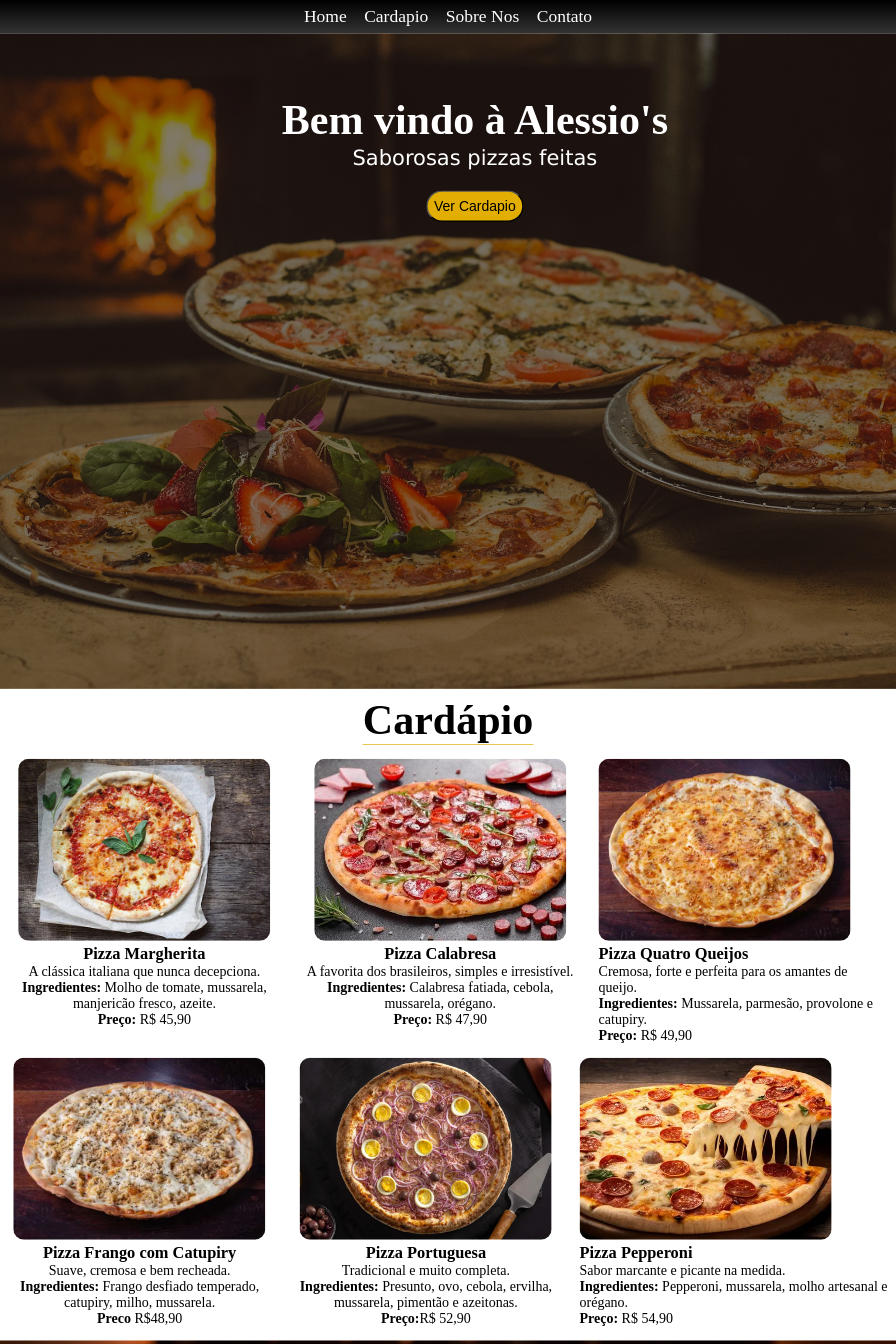
Repository: Mateushlp/landing-page-pizza
Page: index.html
These files come from the project's save history. The page is drawn as it stood at one moment and after a run of saves; the edit follows.
The browser window is 1280 px wide. The pictures show the part of the page from y = 0 to 1920 px (the page is 2788 px tall), at 70% of full size.

Above is the page before, as saved 2026-05-03 11:02:44.

After the next 7 saves:
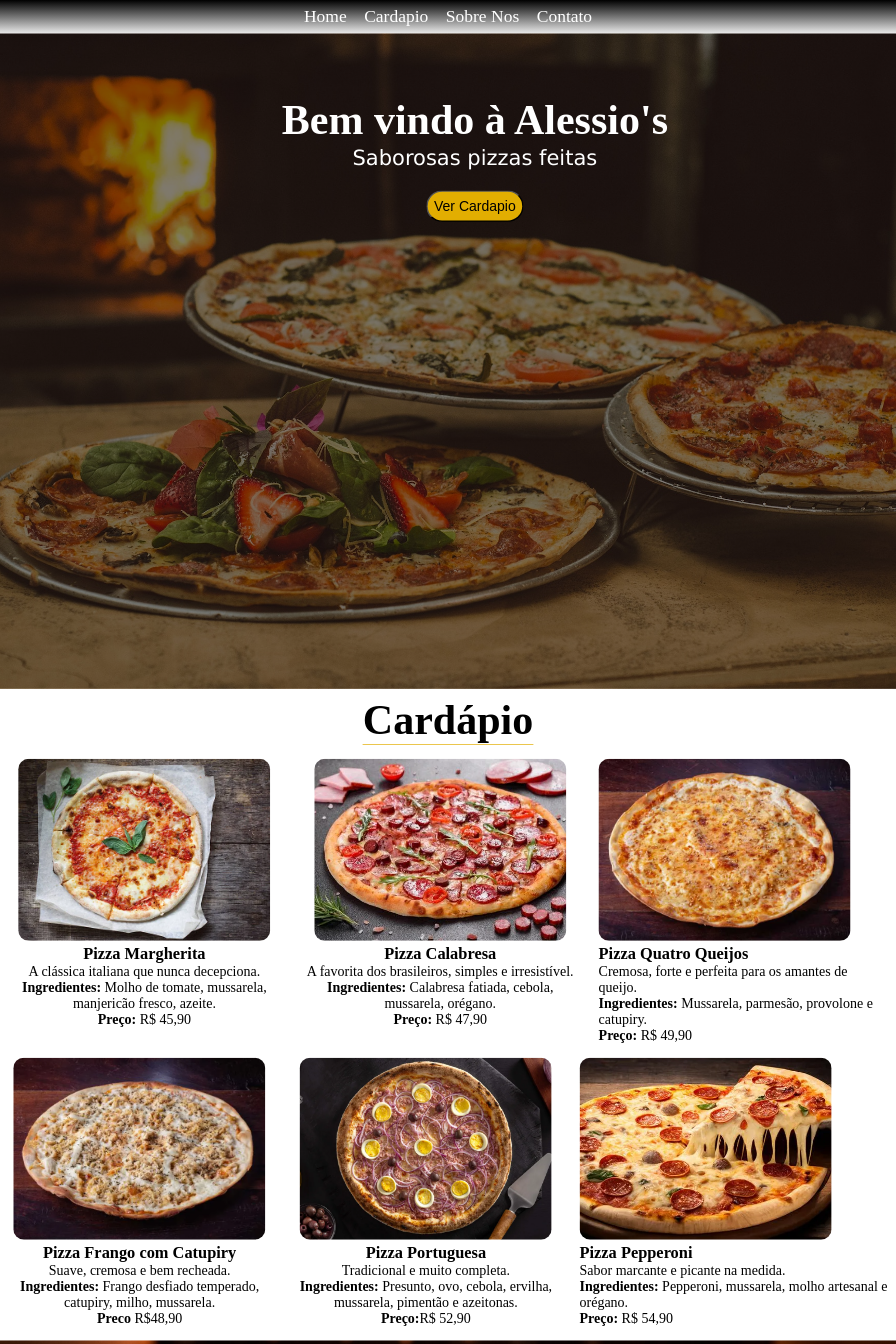
The 7 saves are shown as one change because they came seconds apart.
The last was saved 20 s later.
--- a/style.css
+++ b/style.css
@@ -11,7 +11,7 @@ nav ul {
     justify-content: center;
     font-size: 25px;
     padding: 10px;
-     background: linear-gradient(to bottom, rgb(00, 0, 0), rgba(0,0,0,0.8));
+     background: linear-gradient(to bottom, rgb(00, 0, 0), rgba(0,0,0,0.0784815464));
 }
 
 nav ul a{
